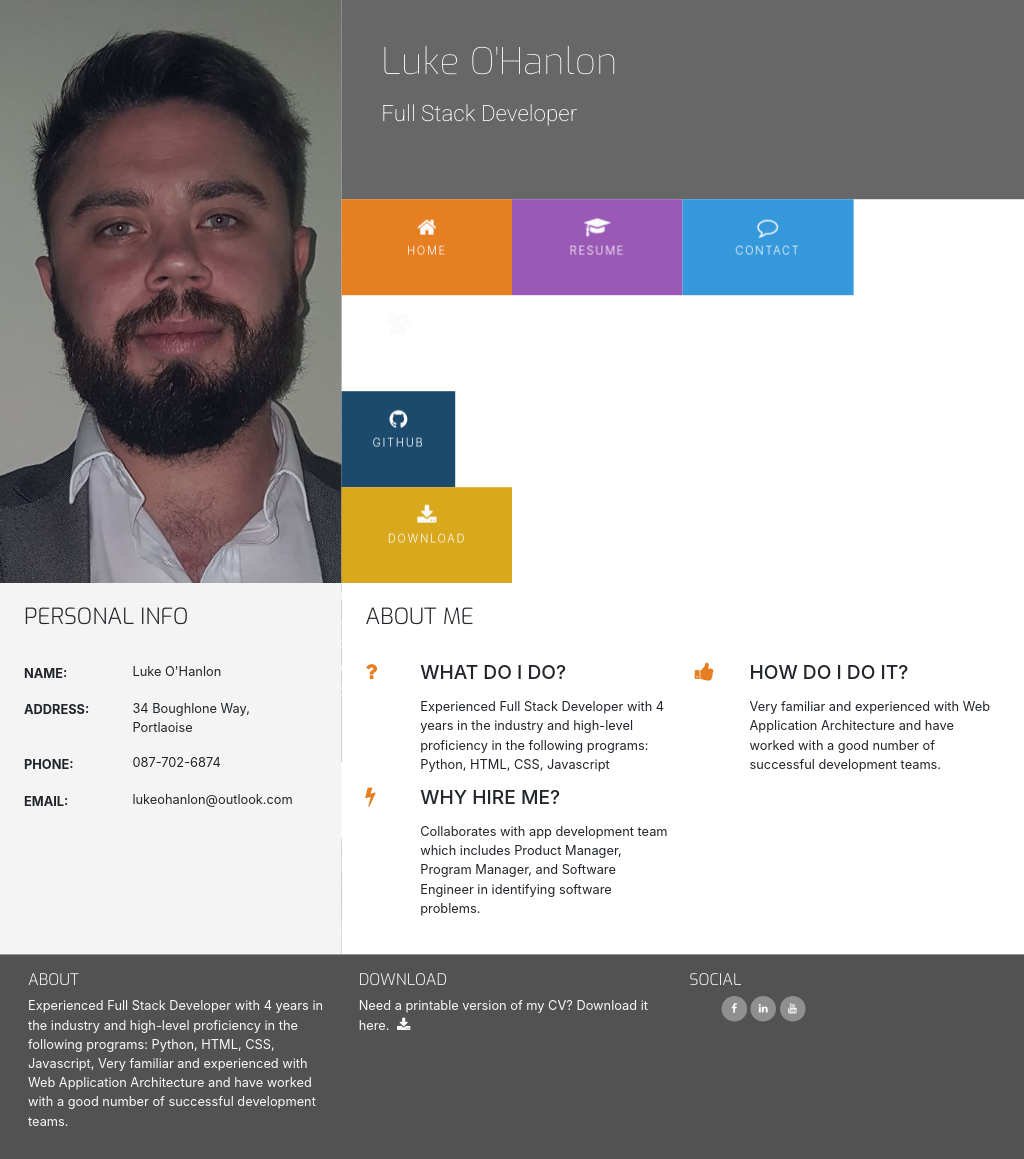
Repository: luke0han/my-resume
Page: index.html
The author's editor kept a record of every edit. The page is drawn from the files as they stood at one moment, then again after the next edit.
The browser window is 1280 px wide. The pictures show the whole page, at 80% of full size.

Above is the page before.

After the next edit:
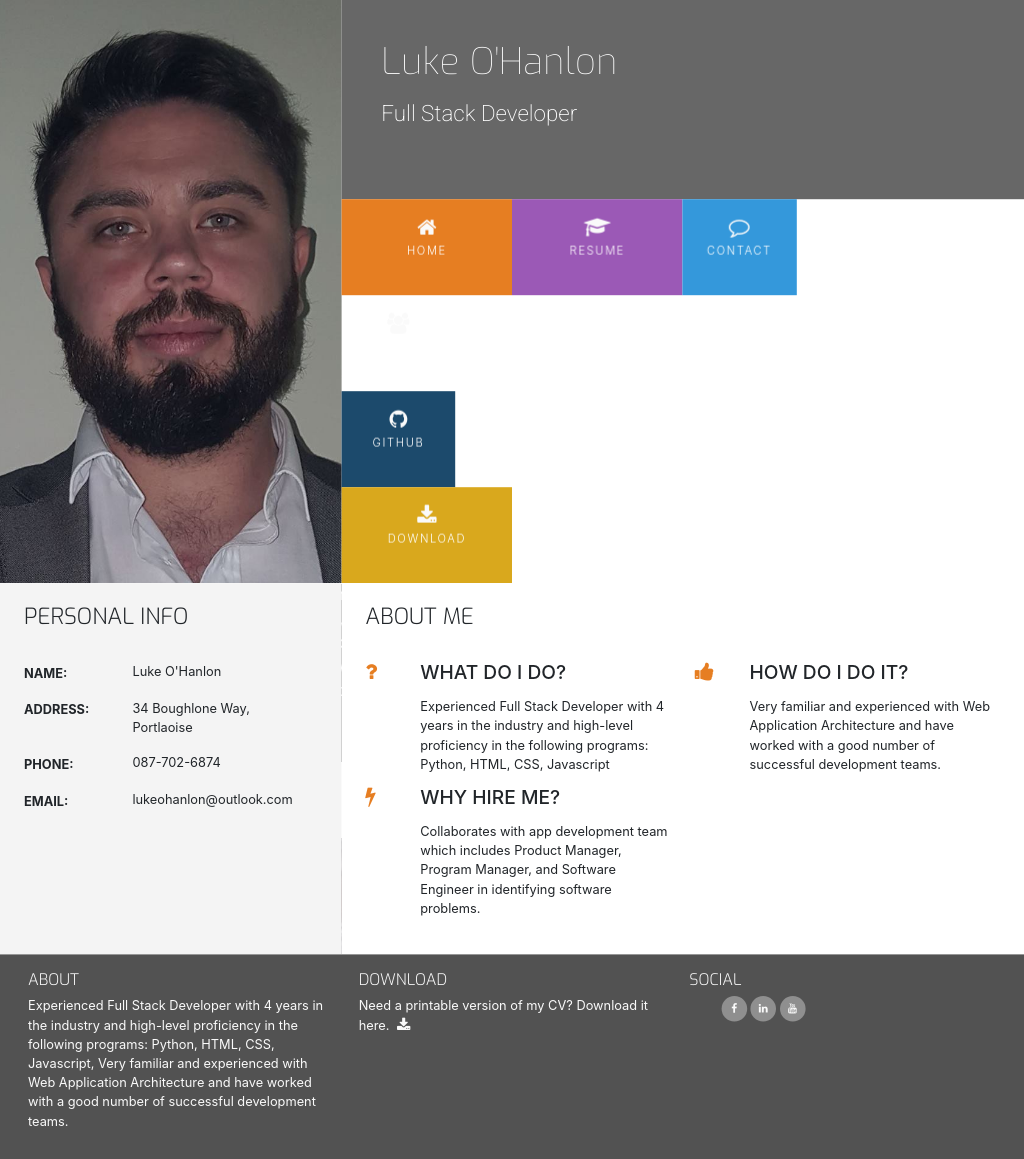
The edit:
--- a/index.html
+++ b/index.html
@@ -35,7 +35,7 @@
                             <li class="col-6 col-sm-3 ui-menu-color-resume list-inline-item menuitem">
                                 <a href="resume.html" class="hvr-sweep-to-bottom"><i class="fa fa-graduation-cap" aria-hidden="true"></i><span>Resume</span></a>
                             </li>
-                            <li class="col-6 col-sm-3 ui-menu-color-contact list-inline-item menuitem">
+                            <li class="col-6 col-sm-2 ui-menu-color-contact list-inline-item menuitem">
                                 <a href="contact.html" class="hvr-sweep-to-bottom"><i class="fa fa-comment-o" aria-hidden="true"></i><span>Contact</span></a>
                             </li>
                             <li class="col-xs-6 col-sm-2 ui-menu-color-interests menuitem">
